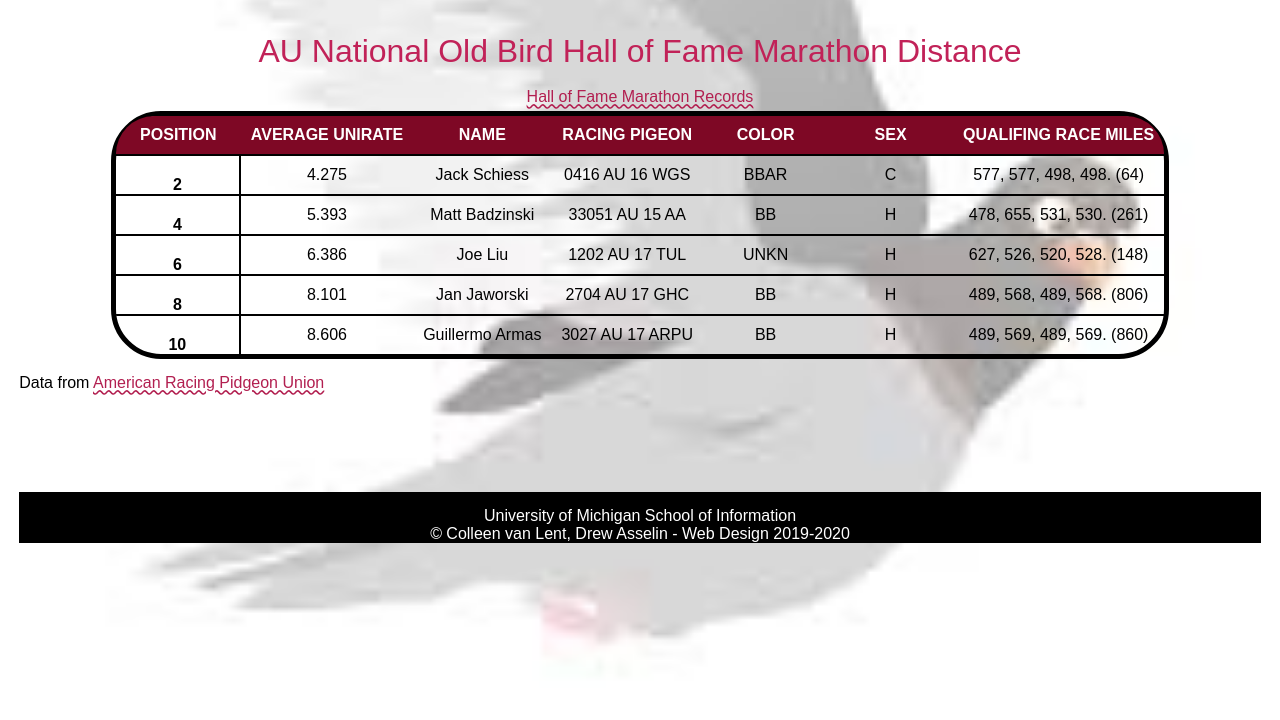
Repository: jiaqili0803/SI_539
Page: hw4-2021-main/hw4-2021-main/index.html
These files come from the project's save history. The page is drawn as it stood at one moment and after the next save; the edit follows.
The browser window is 1280 px wide. The pictures show the whole page.
Some web fonts or font styles are not loaded; a fallback is used.

Above is the page before, as saved 2021-10-02 18:24:01.

### hw4-2021-main/hw4-2021-main/index.html
<!DOCTYPE html>
<html lang="en">
  <head>
    <meta charset="UTF-8">
    <link rel="shortcut icon" type="image/png" href="images/pigeon-icon.png"/>
    <link rel="stylesheet", type="text/css" href="css/html5reset.css">
    <link rel="stylesheet", type="text/css" href="css/style.css">
    <link href='https://fonts.googleapis.com/css?family=Andika' rel='stylesheet'>

    <!-- Image by <a href="https://pixabay.com/users/chiplanay-1971251/?utm_source=link-attribution&amp;utm_medium=referral&amp;utm_campaign=image&amp;utm_content=3303111">chiplanay</a> from <a href="https://pixabay.com/?utm_source=link-attribution&amp;utm_medium=referral&amp;utm_campaign=image&amp;utm_content=3303111">Pixabay</a> -->
    <title>2021 AU National Old Bird Hall of Fame Marathon Distance</title>
  </head>
  <!-- ***************************************
  * Tips!
  *
  * Remember there are two parts of a table - thead and tbody!
  *        This will be helpful to remember when making rounded corners.
  *
  * Classes that are in-line are helpful for formatting the parts you want.
  *        But what if you want to format something programmatically? Remember Psuedoclasses!
  *
  * Setting background images in CSS can be alittle tricky. Double-check the formatting!
  *        It works a litle differently than adding images in HTML
  *
  * Remember you want the footer to always be at the very bottom of the page.
  *        Remember the different kinds of positining. You also might want to look at the margins for the main section!
  *
  * Using web fonts requires two parts - one goes in the HTML and one goes in the CSS
  *
  * You can do it! (*•̀ᴗ•́*)و
  ******************************************** -->
  <body>
    <h1>AU National Old Bird Hall of Fame Marathon Distance</h1>
    <main>
      <table>
        <caption><a href = "https://pigeon-ndb.com/results/">Hall of Fame Marathon Records</a></caption>
      <thead>
        <tr>
          <th scope="col" class="colhead">Position</th>
          <th scope="col" class="colhead">Average Unirate</th>
          <th scope="col" class="colhead">Name</th>
          <th scope="col" class="colhead">Racing Pigeon</th>
          <th scope="col" class="colhead">Color</th>
          <th scope="col" class="colhead">Sex</th>
          <th scope="col" class="colhead">Qualifing Race Miles</th>
        </tr>
      </thead>
      <tbody>
       <tr>
         <th scope="row" class="rowhead">1</th>
         <td>3.19</td>
         <td>Jan Birdorski</td>
         <td>5459 AU 17 VITA</td>
         <td>BB</td>
         <td>C</td>
         <td>568, 489, 489, 568. (806)</td>
       </tr>
       <tr>
         <th scope="row" class="rowhead">2</th>
         <td>4.275</td>
         <td>Jack Schiess</td>
         <td>0416 AU 16 WGS</td>
         <td>BBAR</td>
         <td>C</td>
         <td>577, 577, 498, 498. (64)</td>
       </tr>
       <tr>
         <th scope="row" class="rowhead">3</th>
         <td>4.614</td>
         <td>Damon Raze</td>
         <td>0046 AU 16 MYST</td>
         <td>BB</td>
         <td>H</td>
         <td>625, 524, 524, 453. (183)</td>
       </tr>
       <tr>
         <th scope="row" class="rowhead">4</th>
         <td>5.393</td>
         <td>Matt Badzinski</td>
         <td>33051 AU 15 AA</td>
         <td>BB</td>
         <td>H</td>
         <td>478, 655, 531, 530. (261)</td>
       </tr>
       <tr>
         <th scope="row" class="rowhead">5</th>
         <td>6.318</td>
         <td>Travis Bemboom</td>
         <td>0621 AU 15 MM</td>
         <td>RC</td>
         <td>C</td>
         <td>473, 547, 547, 547. (704)</td>
       </tr>
       <tr>
         <th scope="row" class="rowhead">6</th>
         <td>6.386</td>
         <td>Joe Liu</td>
         <td>1202 AU 17 TUL</td>
         <td>UNKN</td>
         <td>H</td>
         <td>627, 526, 520, 528. (148)</td>
       </tr>
       <tr>
         <th scope="row" class="rowhead">7</th>
         <td>7.224</td>
         <td>Damon Raze</td>
         <td>9472 AU 15 MYST</td>
         <td>BC</td>
         <td>H</td>
         <td>524, 524, 453, 617. (211)</td>
       </tr>
       <tr>
         <th scope="row" class="rowhead">8</th>
         <td>8.101</td>
         <td>Jan Jaworski</td>
         <td>2704 AU 17 GHC</td>
         <td>BB</td>
         <td>H</td>
         <td>489, 568, 489, 568. (806)</td>
       </tr>
       <tr>
         <th scope="row" class="rowhead">9</th>
         <td>8.425</td>
         <td>Anthony Gomez</td>
         <td>1137 AU 17 CVC</td>
         <td>BB</td>
         <td>C</td>
         <td>499, 566, 566, 499. (211)</td>
       </tr>
       <tr>
         <th scope="row" class="rowhead">10</th>
         <td>8.606</td>
         <td>Guillermo Armas</td>
         <td>3027 AU 17 ARPU</td>
         <td>BB</td>
         <td>H</td>
         <td>489, 569, 489, 569. (860)</td>
       </tr>
      </tbody>
    </table>
    <p class="datacite">Data from <a href="https://pigeon-ndb.com/results/hof">American Racing Pidgeon Union</a></p>
    </main>
    <footer>
      <p>University of Michigan School of Information <br/>
        &copy; Colleen van Lent, Drew Asselin - Web Design 2019-2020</p>
    </footer>
  </body>
</html>

### hw4-2021-main/hw4-2021-main/css/html5reset.css
/*
    HTML5 Reset :: style.css
    ----------------------------------------------------------
    We have learned much from/been inspired by/taken code where offered from:
    Eric Meyer                  :: http://meyerweb.com
    HTML5 Doctor                :: http://html5doctor.com
    and the HTML5 Boilerplate   :: http://html5boilerplate.com
-------------------------------------------------------------------------------*/

/* Let's default this puppy out
-------------------------------------------------------------------------------*/

html, body, body div, span, object, iframe, h1, h2, h3, h4, h5, h6, p, blockquote, pre, abbr, address, cite, code, del, dfn, em, img, ins, kbd, q, samp, small, strong, sub, sup, var, b, i, dl, dt, dd, ol, ul, li, fieldset, form, label, legend, table, caption, tbody, tfoot, thead, tr, th, td, article, aside, figure, footer, header, menu, nav, section, time, mark, audio, video, details, summary {
    margin: 0;
    padding: 0;
    border: 0;
    font-size: 100%;
    font-weight: normal;
    vertical-align: baseline;
    background: transparent;
}

main, article, aside, figure, footer, header, nav, section, details, summary {display: block;}

/* Handle box-sizing while better addressing child elements:
   http://css-tricks.com/inheriting-box-sizing-probably-slightly-better-best-practice/ */
html {
    box-sizing: border-box;
}

*,
*:before,
*:after {
    box-sizing: inherit;
}

/* consider resetting the default cursor: https://gist.github.com/murtaugh/5247154 */

/* Responsive images and other embedded objects */
/* if you don't have full control over `img` tags (if you have to overcome attributes), consider adding height: auto */
img,
object,
embed {max-width: 100%;}

/*
   Note: keeping IMG here will cause problems if you're using foreground images as sprites.
    In fact, it *will* cause problems with Google Maps' controls at small size.
    If this is the case for you, try uncommenting the following:
#map img {
        max-width: none;
}
*/

/* force a vertical scrollbar to prevent a jumpy page */
html {overflow-y: scroll;}

/* we use a lot of ULs that aren't bulleted.
    you'll have to restore the bullets within content,
    which is fine because they're probably customized anyway */
ul {list-style: none;}

blockquote, q {quotes: none;}

blockquote:before,
blockquote:after,
q:before,
q:after {content: ''; content: none;}

a {margin: 0; padding: 0; font-size: 100%; vertical-align: baseline; background: transparent;}

del {text-decoration: line-through;}

abbr[title], dfn[title] {border-bottom: 1px dotted #000; cursor: help;}

/* tables still need cellspacing="0" in the markup */
table {border-collapse: separate; border-spacing: 0;}
th {font-weight: bold; vertical-align: bottom;}
td {font-weight: normal; vertical-align: top;}

hr {display: block; height: 1px; border: 0; border-top: 1px solid #ccc; margin: 1em 0; padding: 0;}

input, select {vertical-align: middle;}

pre {
    white-space: pre; /* CSS2 */
    white-space: pre-wrap; /* CSS 2.1 */
    white-space: pre-line; /* CSS 3 (and 2.1 as well, actually) */
    word-wrap: break-word; /* IE */
}

input[type="radio"] {vertical-align: text-bottom;}
input[type="checkbox"] {vertical-align: bottom;}
.ie7 input[type="checkbox"] {vertical-align: baseline;}
.ie6 input {vertical-align: text-bottom;}

select, input, textarea {font: 99% sans-serif;}

table {font-size: inherit; font: 100%;}

small {font-size: 85%;}

strong {font-weight: bold;}

td, td img {vertical-align: top;}

/* Make sure sup and sub don't mess with your line-heights http://gist.github.com/413930 */
sub, sup {font-size: 75%; line-height: 0; position: relative;}
sup {top: -0.5em;}
sub {bottom: -0.25em;}

/* standardize any monospaced elements */
pre, code, kbd, samp {font-family: monospace, sans-serif;}

/* hand cursor on clickable elements */
.clickable,
label,
input[type=button],
input[type=submit],
input[type=file],
button {cursor: pointer;}

/* Webkit browsers add a 2px margin outside the chrome of form elements */
button, input, select, textarea {margin: 0;}

/* make buttons play nice in IE */
button,
input[type=button] {width: auto; overflow: visible;}

/* scale images in IE7 more attractively */
.ie7 img {-ms-interpolation-mode: bicubic;}

/* prevent BG image flicker upon hover
   (commented out as usage is rare, and the filter syntax messes with some pre-processors)
.ie6 html {filter: expression(document.execCommand("BackgroundImageCache", false, true));}
*/

/* let's clear some floats */
.clearfix:after { content: " "; display: block; clear: both; }

### hw4-2021-main/hw4-2021-main/css/style.css
/*STARTER CODE*/

/*
We have started some of the selectors for you.
For others we have provided hints on what the selectors should be.
There are some missing selectors.
Make sure to learn what the starter code does!!
*/

/*STARTER CODE - DO NOT CHANGE*/
main{
  margin-bottom: 100px;
}

caption{
  margin:5px 0px;
}

/* If you decide to uncomment this code, comment it back for the Autograder. */
/* tr{
  -webkit-transition: background-color 0.5s ease;
  transition: background-color 0.5s ease;
} */

/*END STARTER CODE*/

body{
  color: #000000;
  font-size: 16px;
  margin: 1.2em;
  background-size: cover ;
  background-position: center;
  font-family: "Andika", Sans-Serif;
  background-image: url("../images/pigeon-background.JPEG");
  background-color: #DDDDDD;

  /*Req 1*/
}

h1{
  color: #c12258;
  font-size: 32px;
  text-align:center;
  line-height: 2 ;

  /*Req 2*/
}

p{
  padding-top: 15px;

}

a{
  font-size: 16px;
  color: #B21F50;
  text-decoration-style: wavy;

}

/*Req 5*/
/*Add selector and rule here*/
*:focus {
  border-width: 3px;
  border-color: #417243;
  border-style: dashed;
}


td{
  text-align:center;
  border-top: 2px solid #000000;
  padding: 10px

}


.colhead{
  color: #FFFFFF;
  min-width: 125px;
  padding: 10px;
  text-align: center;
  vertical-align: middle;
  background-color: #7e0825;
  text-transform: uppercase;





}

.rowhead{
  border-top: 2px solid #000000;
  border-right: 2px solid #000000;


}


table{
  border: 5px solid #000000;
  margin-left: auto;
  margin-right: auto;
  border-radius: 50px;


}

/* I gave you the selector, but not the property-value pair.
You can use Inspect Element or your editor to find selectors. */
thead th:first-child{
  border-top-left-radius: 50px;
}

thead th:last-child{
  border-top-right-radius: 50px;
}

tbody tr:last-child th:first-child{
  border-bottom-left-radius: 50px;


}

tbody tr:nth-child(2n+1) {
  display : none;
}

/*Add selectors and rules here*/



footer{
  width:100%;
  background:#000000;
  text-align:center;
  color: #FFFFFF;
}

After the next save:
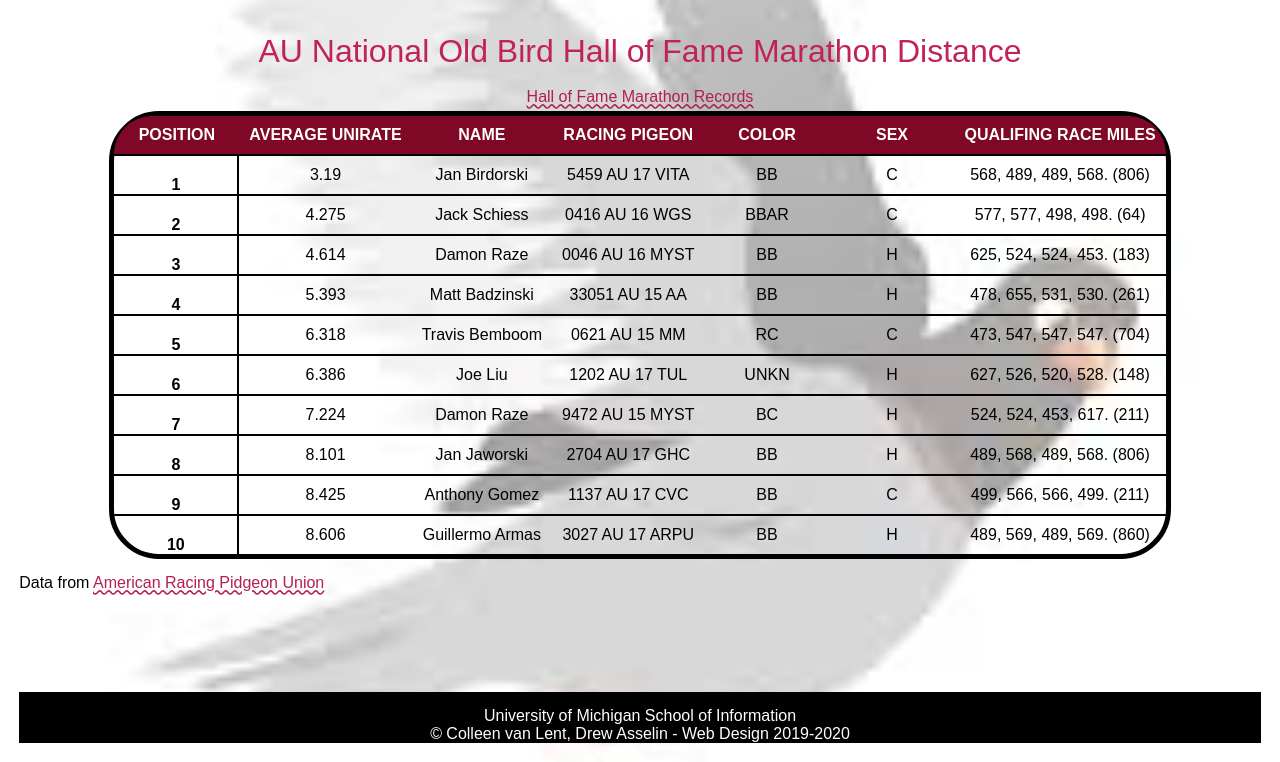
Saved 12 s later.
--- a/hw4-2021-main/hw4-2021-main/css/style.css
+++ b/hw4-2021-main/hw4-2021-main/css/style.css
@@ -124,7 +124,7 @@ tbody tr:last-child th:first-child{
 }
 
 tbody tr:nth-child(2n+1) {
-  display : none;
+  background-color:transparent;
 }
 
 /*Add selectors and rules here*/
